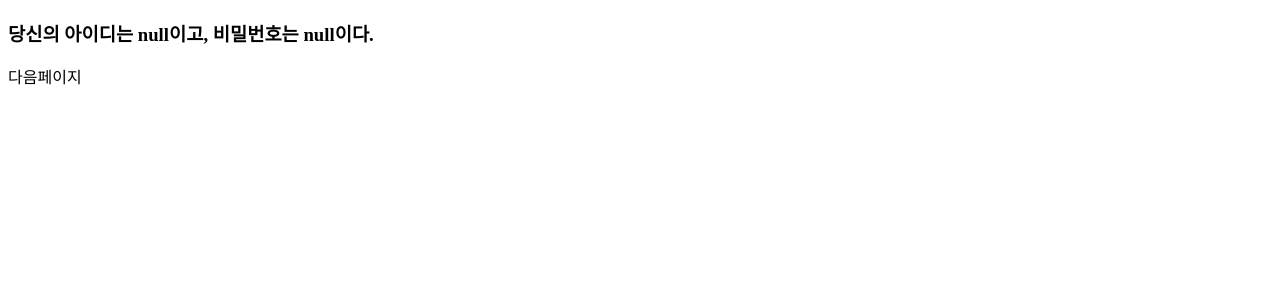
Repository: lhk21go-commits/Jsp2026
Page: http://localhost/chapter01/Request/RequestLoginProc.jsp
An editor plug-in stored every save of this project. The page is shown before and after the next save, followed by the edit.
The browser window is 1280 px wide. The pictures show the whole page.
The page is served by Tomcat 9.

Above is the page before, as saved 2026-10-19 06:14:41.

After the next save:
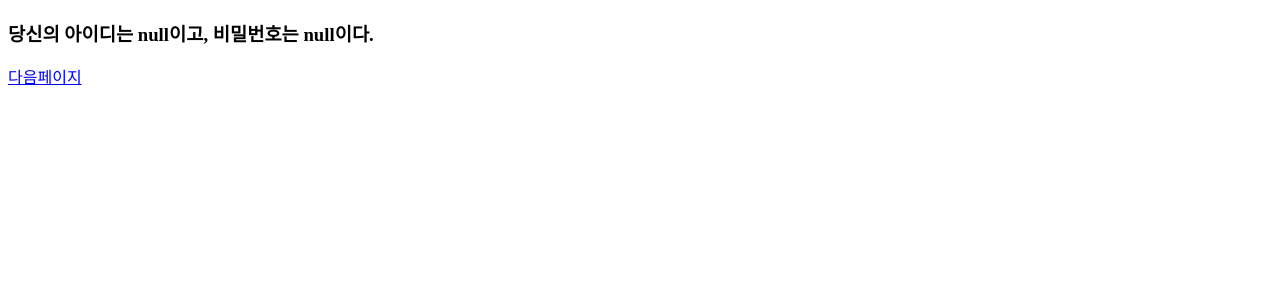
Saved 2 min 25 s later.
--- a/chapter01/src/main/webapp/Request/RequestLoginProc.jsp
+++ b/chapter01/src/main/webapp/Request/RequestLoginProc.jsp
@@ -25,7 +25,7 @@
 	 	%>
 
 	 	<h3>당신의 아이디는 <%= id %>이고, 비밀번호는 <%= pass %>이다.</h3>
-	 	<a herf="RequestForward.jsp">다음페이지</a>
+	 	<a href="RequestForward.jsp">다음페이지</a>
 
 
 </body>
